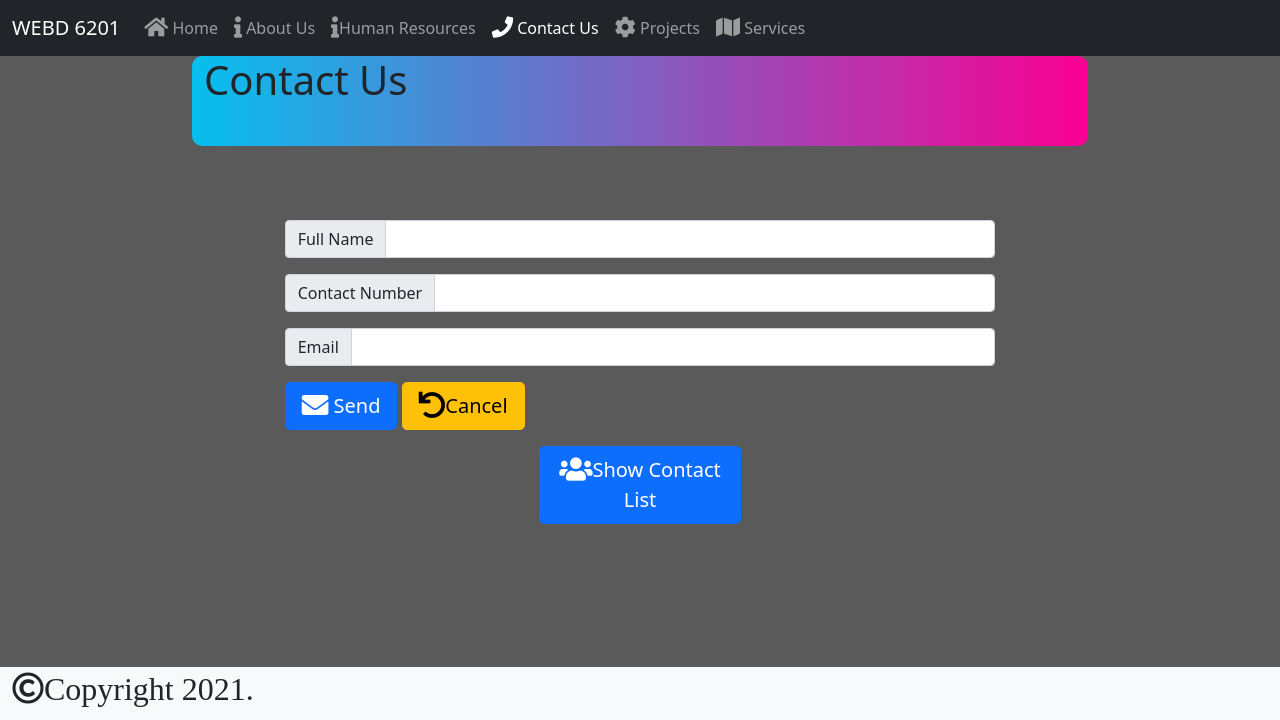
Repository: vans12345678/WEBD6201-W2021-Week3
Page: contact.html
An editor plug-in stored every save of this project. The page is shown before and after the next save, followed by the edit.
The browser window is 1280 px wide. The pictures show the whole page.

Above is the page before, as saved 2021-01-28 20:19:32.

### contact.html
<!DOCTYPE html>
<html lang="en">
<head>
    <meta charset="UTF-8">
    <meta name="viewport" content="width=device-width, initial-scale=1.0">
    <title>Contact Us</title>

    <!-- CSS Section -->
    <link rel="stylesheet" href="./node_modules/bootstrap/dist/css/bootstrap.min.css">
    <link rel="stylesheet" href="./node_modules/@fortawesome/fontawesome-free/css/all.min.css">
    <link rel="stylesheet" href="./Content/app.css">
</head>
<body>
  <!-- Main Header -->
    <header>
      <!-- Main Navigation -->
        <nav class="navbar navbar-expand-lg navbar-dark bg-dark">
            <div class="container-fluid">
              <a class="navbar-brand" href="index.html">WEBD 6201</a>
              <button class="navbar-toggler" type="button" data-bs-toggle="collapse" data-bs-target="#navbarSupportedContent" aria-controls="navbarSupportedContent" aria-expanded="false" aria-label="Toggle navigation">
                <span class="navbar-toggler-icon"></span>
              </button>
              <div class="collapse navbar-collapse" id="navbarSupportedContent">
                <ul class="navbar-nav me-auto mb-2 mb-lg-0">
                  <li class="nav-item">
                    <a class="nav-link " aria-current="page" href="index.html"><i class="fas fa-home fa-lg"></i> Home</a>
                  </li>

                  <li class="nav-item">
                    <a class="nav-link" aria-current="page" href="about.html"><i class="fas fa-info fa-lg"></i> About Us</a>
                  </li>
                  <li class="nav-item">
                    <a class="nav-link" aria-current="page" href="human-resources.html"><i class="fas fa-info fa-lg"></i>Human Resources</a>
                  </li>
                  <li class="nav-item">
                    <a class="nav-link active" aria-current="page" href="contact.html"><i class="fas fa-phone fa-lg"></i> Contact Us</a>
                  </li>
                  <li class="nav-item">
                    <a class="nav-link" aria-current="page" href="projects.html"><i class="fas fa-cog fa-lg"></i> Projects</a>
                  </li>

                  <li class="nav-item">
                    <a class="nav-link" aria-current="page" href="services.html"><i class="fas fa-map fa-lg"></i> Services</a>
                  </li>
                </ul>
              </div>
            </div>
          </nav>
    </header>
  <!-- Main Contents -->
    <main class="container">
        <h1>Contact Us</h1>

        <div class="warnMessage" id="messageArea"></div>
        <div class = "row justify-content-lg-center g-3 contactForm">
          <form class = "col-col-lg-6 col-md-10 col-sm-10">
            <div class="input-group mb-3">
              <span class="input-group-text" id="inputGroup-sizing-default">Full Name</span>
              <input id = "fullName" type="text" class="form-control" aria-label="Full Name" aria-describedby="Full Name Input"
              name = "fullName" required>
            </div>
            <div class="input-group mb-3">
              <span class="input-group-text" id="inputGroup-sizing-default">Contact Number</span>
              <input id = "contactNumber" type="tel" class="form-control" aria-label="Contact Number" aria-describedby="Contact Number Input"
              name = "contactNumber" required>
            </div>
            <div class="input-group mb-3">
              <span class="input-group-text" id="inputGroup-sizing-default">Email</span>
              <input id = "emailAddress" type="email" class="form-control" aria-label="Email Address" aria-describedby="Email Address Input"
              name = "emailAddress" required>
            </div>
          <button id = "sendButton" type="submit" class="btn btn-primary btn-lg"><i class="fas fa-envelope fa-lg"></i> Send</button>
          <button id = "cancelButton" type="reset" class="btn btn-warning btn-lg"><i class="fas fa-undo fa-lg"></i>Cancel</button>
        </form>

        <div class="col-lg-3 col-md-3">
          <a href="contact-list.html" class="btn btn-primary btn-lg"><i class="fas fa-users fa-lg"></i>Show Contact List</a>
        </div>
        </div>


    </main>
    <!-- Main Footer -->
    <footer>
        <nav class="navbar fixed-bottom navbar-light bg-light">
            <div class="container-fluid">
                <h4><i class="far fa-copyright fa-lg">Copyright 2021.</i></h4>
            </div>
          </nav>
    </footer>
    <!-- Script Section -->
    <script src="./node_modules/jquery/dist/jquery.min.js"></script>
    <script src="./node_modules/bootstrap/dist/js/bootstrap.bundle.min.js"></script>
    <script src="./Scripts/contact.js"></script>
    <script src="./Scripts/app.js"></script>

</body>
</html>

### Content/app.css
/* custom css goes here */
.Vapor {
    background-image: url('../images/vapor.jpg');
    background-repeat: no-repeat;
    background-attachment: fixed;
    background-size: 100% 100%;
  }
  body
  {
    background-color: rgb(90, 90, 90);
  }
  .container{

    border-radius: 10px;
    width: 70%;
    height: 90px;
    margin: 0px auto;
    background: linear-gradient(90deg,#06bfee,#fb0093)
  }
  .contactForm{
    width: 100%;
    margin:  100px auto;
  }
  .warnMessage
  {
    width: 90%;
    margin:  50px;
  }

### Scripts/contact.js
"use strict";
class Contact {
    //Getters and setters
    get FullName() {
        return this.m_fullName;
    }
    set FullName(value) {
        this.m_fullName = value;
    }
    get ContactNumber() {
        return this.m_contactNumber;
    }
    set ContactNumber(value) {
        this.m_contactNumber = value;
    }
    get EmailAddress() {
        return this.m_emailAddress;
    }
    set EmailAddress(value) {
        this.m_emailAddress = value;
    }
    /**
     *
     * @param {string} fullName
     * @param {string} contactNumber
     * @param {string} emailAddress
     */
    constructor(fullName = "", contactNumber = "", emailAddress = "") {
        this.FullName = fullName;
        this.ContactNumber = contactNumber;
        this.EmailAddress = emailAddress;
    }

    /**
     *This method overrides the built-in toString() method for Contact class
     *
     * @return {*}
     * @memberof Contact
     */
    toString()
    {
        return `Full Name       : ${this.FullName} \nContactNumber       : ${this.ContactNumber}
        \nEmailAddress       :${this.EmailAddress}`;
    }
    /**
     *This method returns a JSON object made up of the properties of the Contact class
     *
     * @return {Object}
     * @memberof Contact
     */
    toJSON()
    {
        return{
            "fullName": this.FirstName,
            "contactNumber": this.ContactNumber,
            "emailAddress": this.EmailAddress
        }
    }
    /**
     *
     *This method returns the Contact into a comma-separated value string
     * @return {string}
     * @memberof Contact
     */
    serialize()
    {
        if(this.FullName !== "" && this.ContactNumber !== "" && this.EmailAddress !== "")
        {
            return `${this.FullName}, ${this.ContactNumber}, ${this.EmailAddress}`;
        }
        else
        {
            console.error("One or more properties of the Contact is empty");
            return null;
        }
    }
    /**
     *This method takes a comma-separated data string assigns values to the Contact class properties
     *
     * @param {string} data
     * @returns {void}
     * @memberof Contact
     */
    deserialize(data)
    {
        let propertyArray = data.split(",");

        this.FullName = propertyArray[0];
        this.ContactNumber = propertyArray[1];
        this.EmailAddress = propertyArray[2];

    }
}

### Scripts/app.js
/* Custom JavaScript goes here */

//IIFE - Immediately Invoked Function Expression
//AKA - Anonymous Self-Executing Function
//Closure - limits scope leak

"use strict";


(function(){

    function displayHome()
    {

        let introText = "This is a simple site to demonstrate the specified requirements for Lab 1 WEBD 6201 - Client Side Scripting";
        let introTextElement = document.getElementById("introParagraph");

        introTextElement.textContent = introText;
        introTextElement.className = "fs-5 fw-bold text-center";

        mainContent.innerHTML =
        `<h1 id = "firstHeading">Welcome to WEBD6201 - Lab 1</h1>
        <p id = "paragraphOne" class = "fs-3 fw-bold">This is my first paragraph</p>
        `;

    }
    function displayAbout()
    {

    }
    function displayProjects()
    {

    }
    function displayServices()
    {

    }
    function displayContact()
    {

        let messageArea = document.getElementById("messageArea");
        messageArea.hidden = true;

        //form validation
        let fullName = document.getElementById("fullName");
        fullName.addEventListener("blur", function()
        {
            if(fullName.value.length < 2)
            {
                fullName.focus();
                fullName.select();
                messageArea.hidden = false;
                messageArea.className = "alert alert-danger warnMessage";
                messageArea.textContent = "Please enter an appropriate name > 2 characters";
            }
            else
            {
                messageArea.removeAttribute("class");
                messageArea.hidden = true;
            }
        });
            let sendButton = document.getElementById("sendButton");
            sendButton.addEventListener("click", function(event)
            {
                //event.preventDefault();
                // //Displays twice?

                let contact = new Contact(fullName.value,contactNumber.value, emailAddress.value);

                //console.log(contact.serialize());
                if(contact.serialize())
                {
                    localStorage.setItem((localStorage.length + 1).toString(),contact.serialize());
                }
            });
    }
    function displayContactList()
    {
        if(localStorage.length > 0)
        {
            let contactList = document.getElementById("contactList");
            let data = "";

            for (let index = 0; index < localStorage.length; index++)
            {
                let contactData = localStorage.getItem((index + 1).toString());
                let contact = new Contact();

                contact.deserialize(contactData);

                data += `<tr>
                <th scope="row">${index + 1}</th>
                <td>${contact.FullName}</td>
                <td>${contact.ContactNumber}</td>
                <td>${contact.EmailAddress}</td>
              </tr>`;
            }
            contactList.innerHTML = data;
        }

    }

    function Start()
    {
        console.log("App Started...");

        switch(document.title)
        {
            case "Index":
                displayHome();
                break;
            case "About":
                displayAbout();
                break;
            case "Projects":
                displayProjects();
                break;
            case "Services":
                displayServices();
                break;
            case "Contact Us":
                displayContact();
                break;
            case "Contact-List":
                displayContactList();
                break;
        }


    }

    window.addEventListener("load", Start);

})();

Loaded but not shown: node_modules/bootstrap/dist/css/bootstrap.min.css (library); node_modules/@fortawesome/fontawesome-free/css/all.min.css (library); node_modules/jquery/dist/jquery.min.js (library); node_modules/bootstrap/dist/js/bootstrap.bundle.min.js (library)

After the next save:
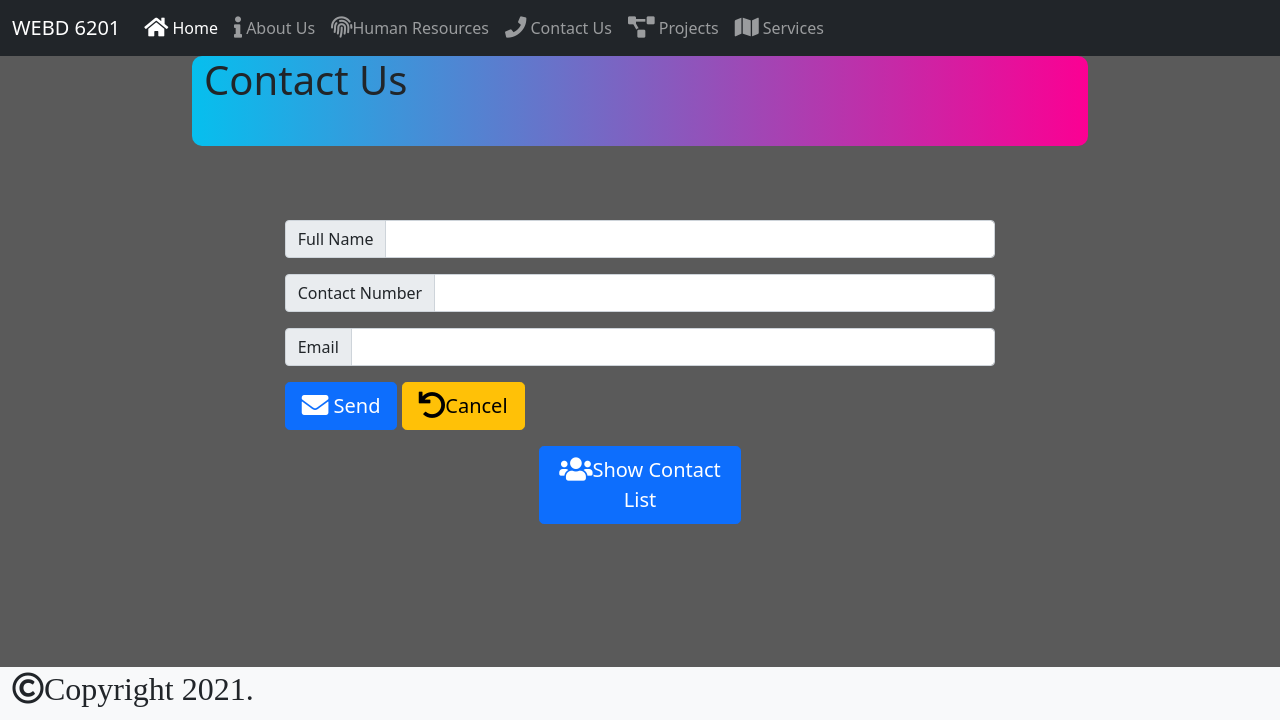
Saved 1 s later.
--- a/contact.html
+++ b/contact.html
@@ -23,22 +23,20 @@
               <div class="collapse navbar-collapse" id="navbarSupportedContent">
                 <ul class="navbar-nav me-auto mb-2 mb-lg-0">
                   <li class="nav-item">
-                    <a class="nav-link " aria-current="page" href="index.html"><i class="fas fa-home fa-lg"></i> Home</a>
+                    <a class="nav-link active" aria-current="page" href="index.html"><i class="fas fa-home fa-lg"></i> Home</a>
                   </li>
-
                   <li class="nav-item">
                     <a class="nav-link" aria-current="page" href="about.html"><i class="fas fa-info fa-lg"></i> About Us</a>
                   </li>
                   <li class="nav-item">
-                    <a class="nav-link" aria-current="page" href="human-resources.html"><i class="fas fa-info fa-lg"></i>Human Resources</a>
+                    <a class="nav-link" aria-current="page" href="human-resources.html"><i class="fas fa-fingerprint fa-lg"></i>Human Resources</a>
                   </li>
                   <li class="nav-item">
-                    <a class="nav-link active" aria-current="page" href="contact.html"><i class="fas fa-phone fa-lg"></i> Contact Us</a>
+                    <a class="nav-link" aria-current="page" href="contact.html"><i class="fas fa-phone fa-lg"></i> Contact Us</a>
                   </li>
                   <li class="nav-item">
-                    <a class="nav-link" aria-current="page" href="projects.html"><i class="fas fa-cog fa-lg"></i> Projects</a>
+                    <a class="nav-link" aria-current="page" href="projects.html"><i class="fas fa-project-diagram fa-lg"></i> Projects</a>
                   </li>
-
                   <li class="nav-item">
                     <a class="nav-link" aria-current="page" href="services.html"><i class="fas fa-map fa-lg"></i> Services</a>
                   </li>
